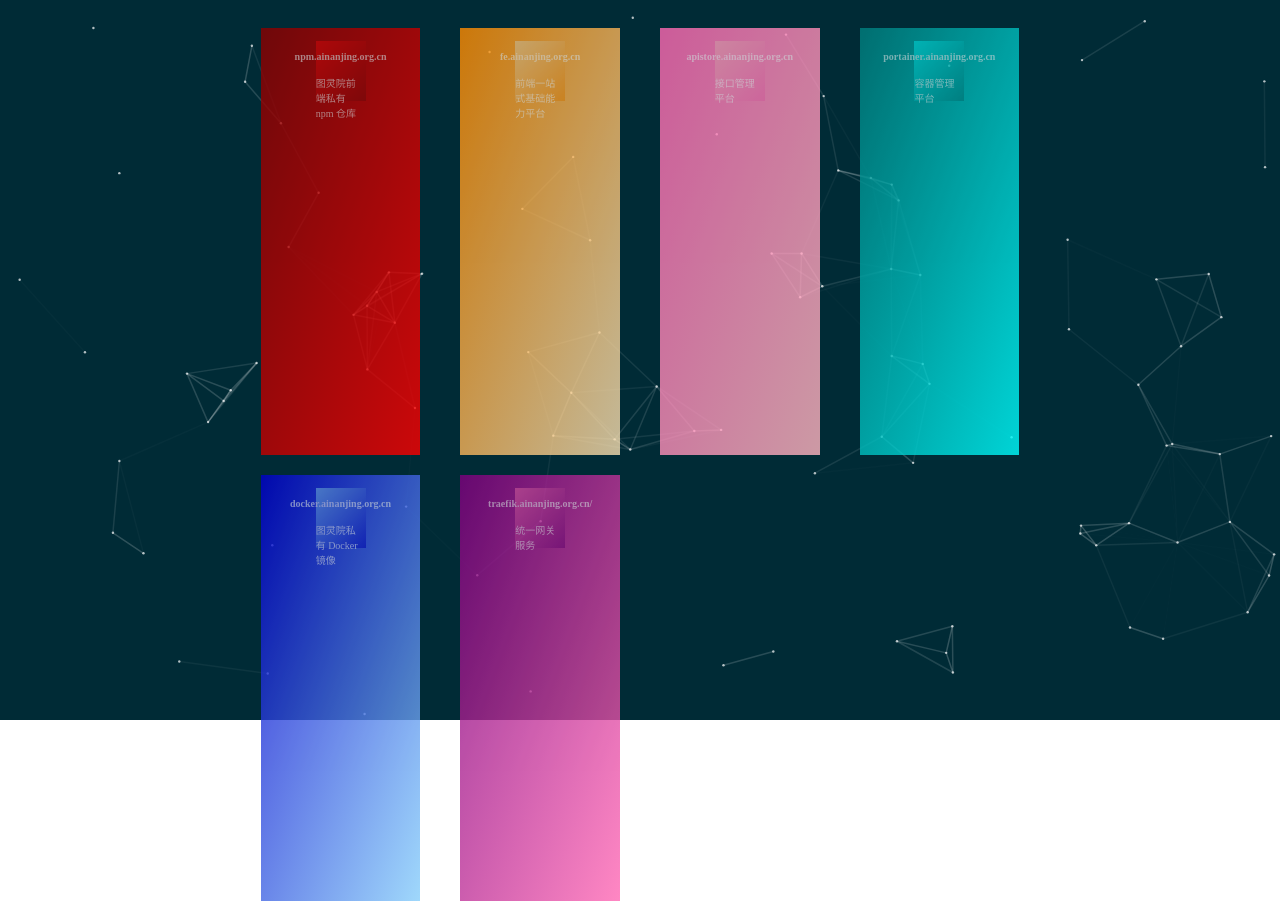
Repository: heweiwei1/portainer
Page: index.html
An editor plug-in stored every save of this project. The page is shown before and after the next save, followed by the edit.
The browser window is 1280 px wide. The pictures show the whole page.

Above is the page before, as saved 2021-04-14 14:03:01.

After the next save:
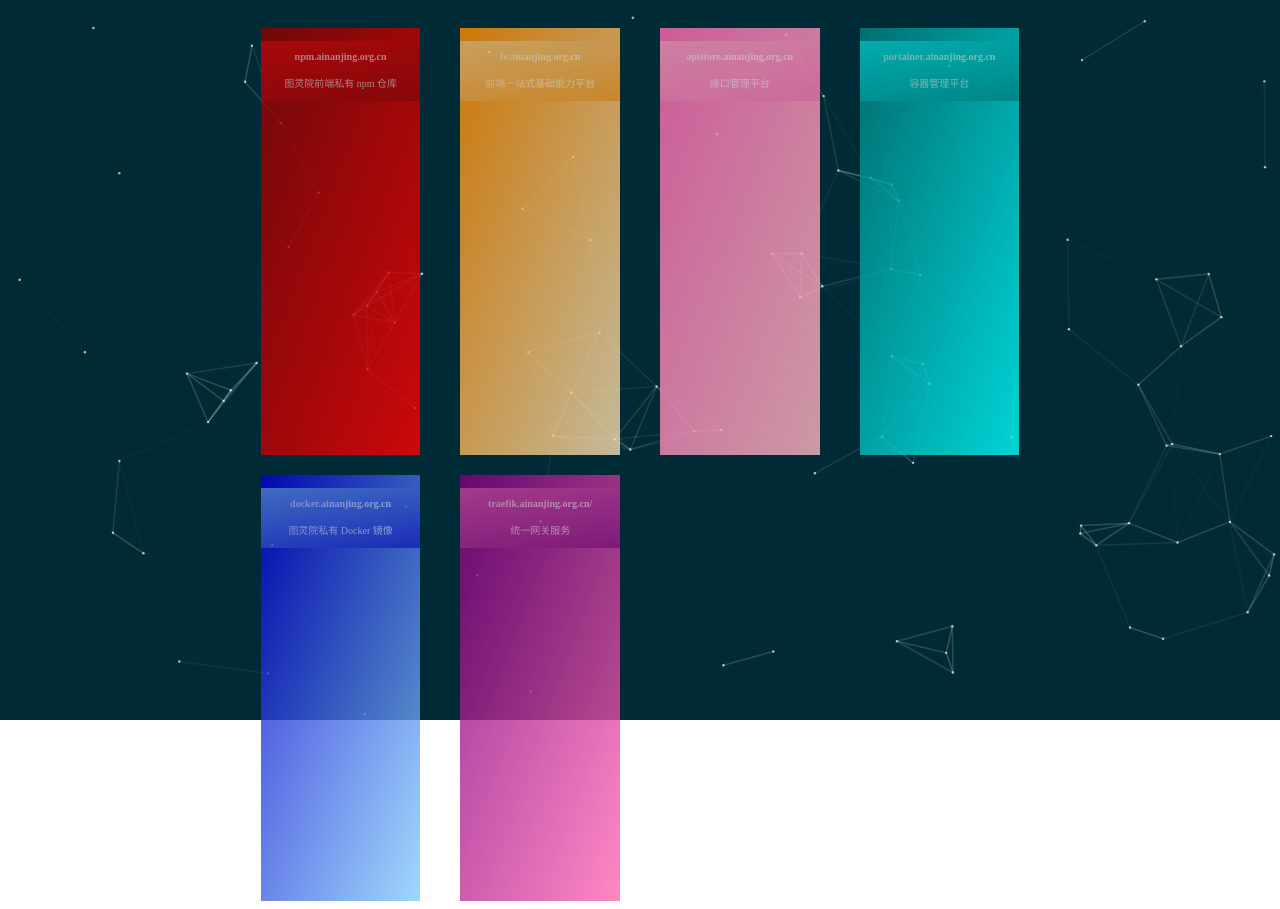
Saved 2 min 33 s later.
--- a/index.css
+++ b/index.css
@@ -26,7 +26,7 @@ a {
 .trans {
   position:absolute;
   top: 13.2px;
-  width: calc((100% - 120px) / 4);
+  width: calc(100% - 40px);
   padding: 30px 20px;
   display: flex;
   justify-content: center;
